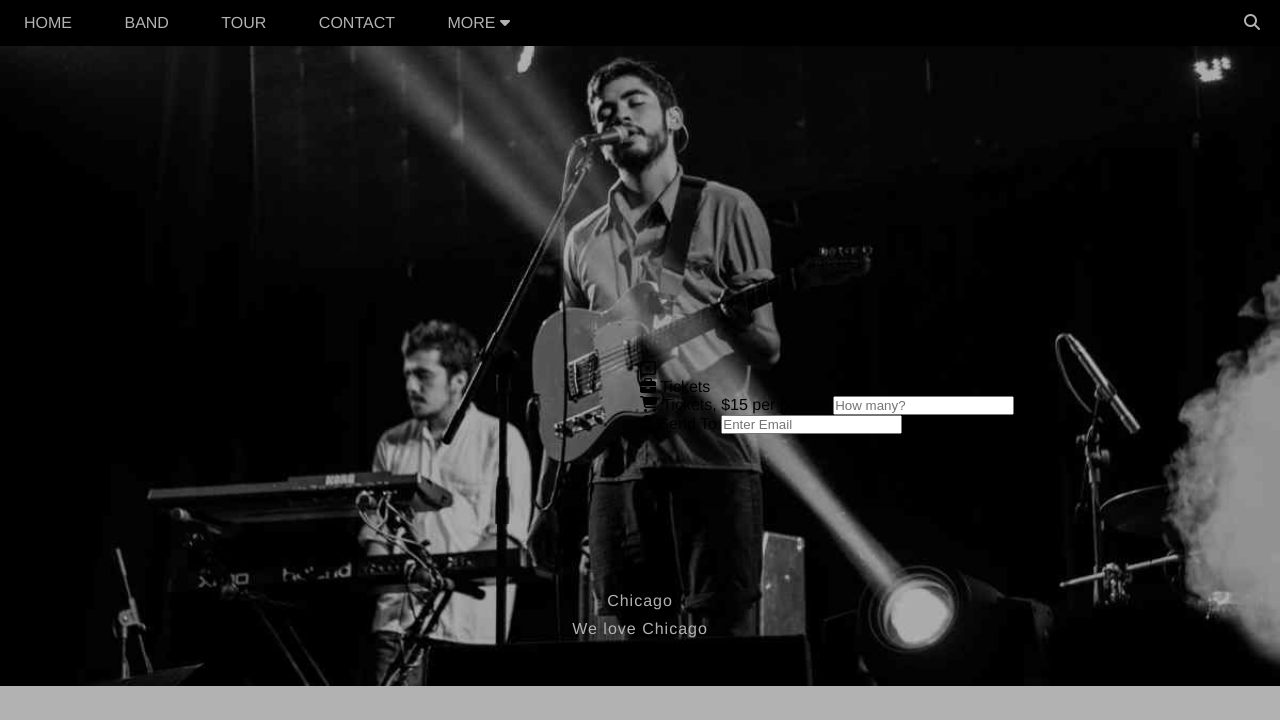
Repository: NguyenMinhChau/Theband
Page: index.html
An editor plug-in stored every save of this project. The page is shown before and after the next save, followed by the edit.
The browser window is 1280 px wide. The pictures show the window.
A layer covers the whole window, so only the first screen is drawn. Some web libraries are served in a nearby version.

Above is the page before, as saved 2021-10-23 12:45:31.

After the next save:
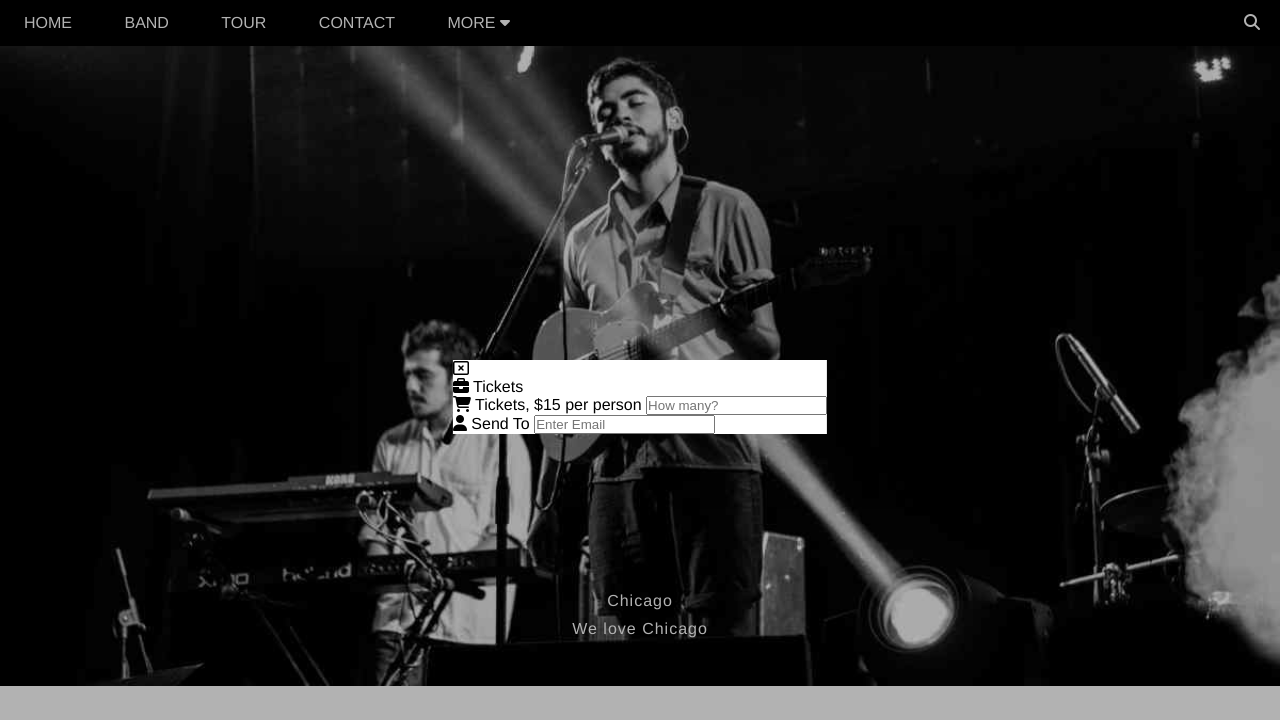
Saved 4 s later.
--- a/assets/css/style.css
+++ b/assets/css/style.css
@@ -309,7 +309,7 @@
     position: absolute;
     top: 50%;
     left: 50%;
-    transform: translateX
+    transform: translateX(-50%);
     background-color: #fff;
 }
 /* END CSS MODAL */
